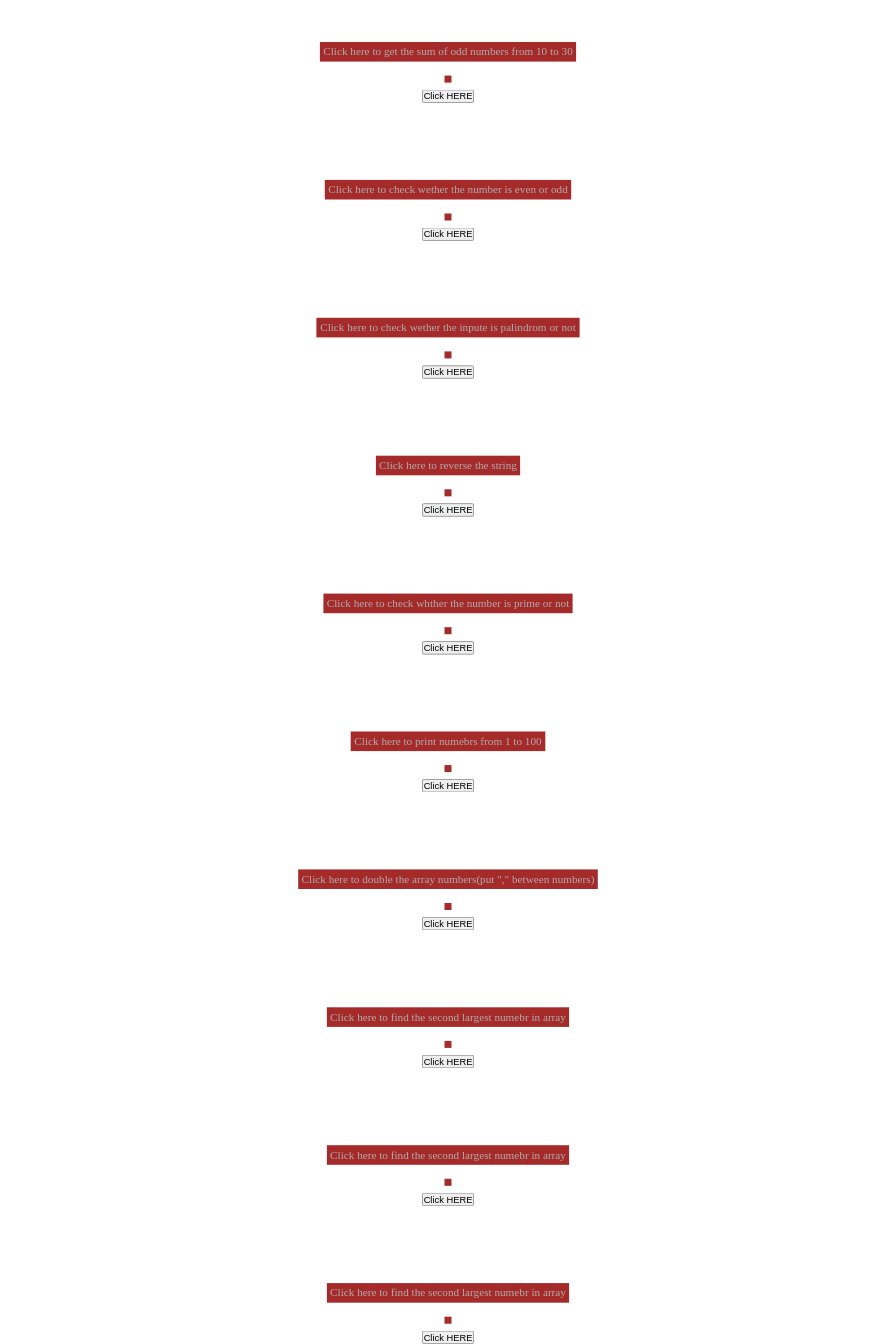
Repository: Aditya0377/Assignments
Page: Assignment/javascript practise/javascript.html
The author's editor kept a copy of each file at every save. The page is drawn from the files as they stood at one save, then again after the next save.
The browser window is 1280 px wide. The pictures show the part of the page from y = 1250 to 3170 px (the page is 3170 px tall), at 70% of full size.

Above is the page before, as saved 2024-02-22 13:52:40.

After the next save:
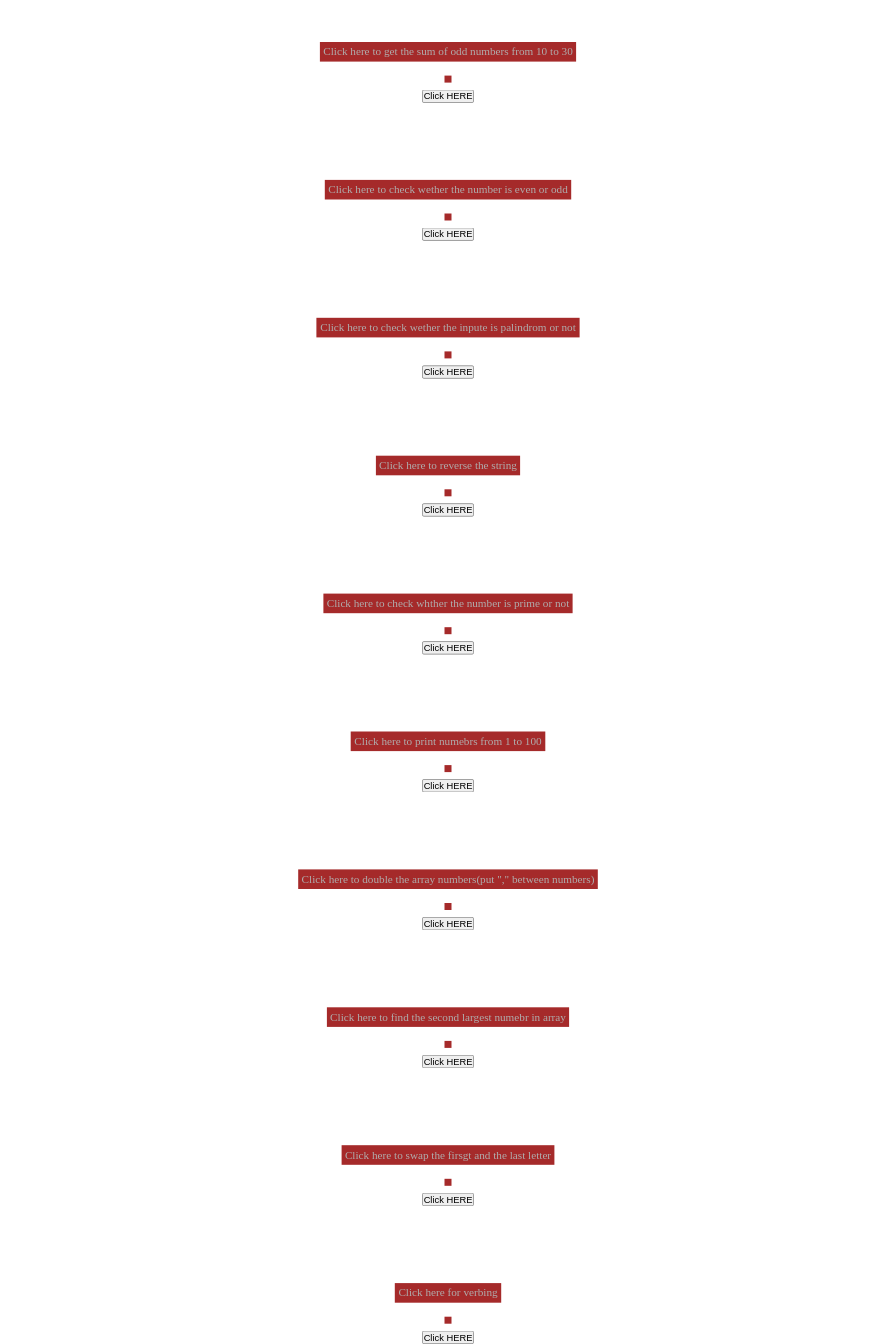
Saved 58 s later.
--- a/Assignment/javascript practise/javascript.html
+++ b/Assignment/javascript practise/javascript.html
@@ -110,13 +110,13 @@
 
     </div>
     <div class="cont">
-        <p>Click here to find the second largest numebr in array </p>
+        <p>Click here to swap the firsgt and the last letter</p>
         <p id="fifteenth"></p>
         <button id="fifteenB" onclick="fiftfunc()">Click HERE</button>
 
     </div>
     <div class="cont">
-        <p>Click here to find the second largest numebr in array </p>
+        <p>Click here for verbing </p>
         <p id="sixteenth"></p>
         <button id="sixteenB" onclick="sixtfunc()">Click HERE</button>
 
